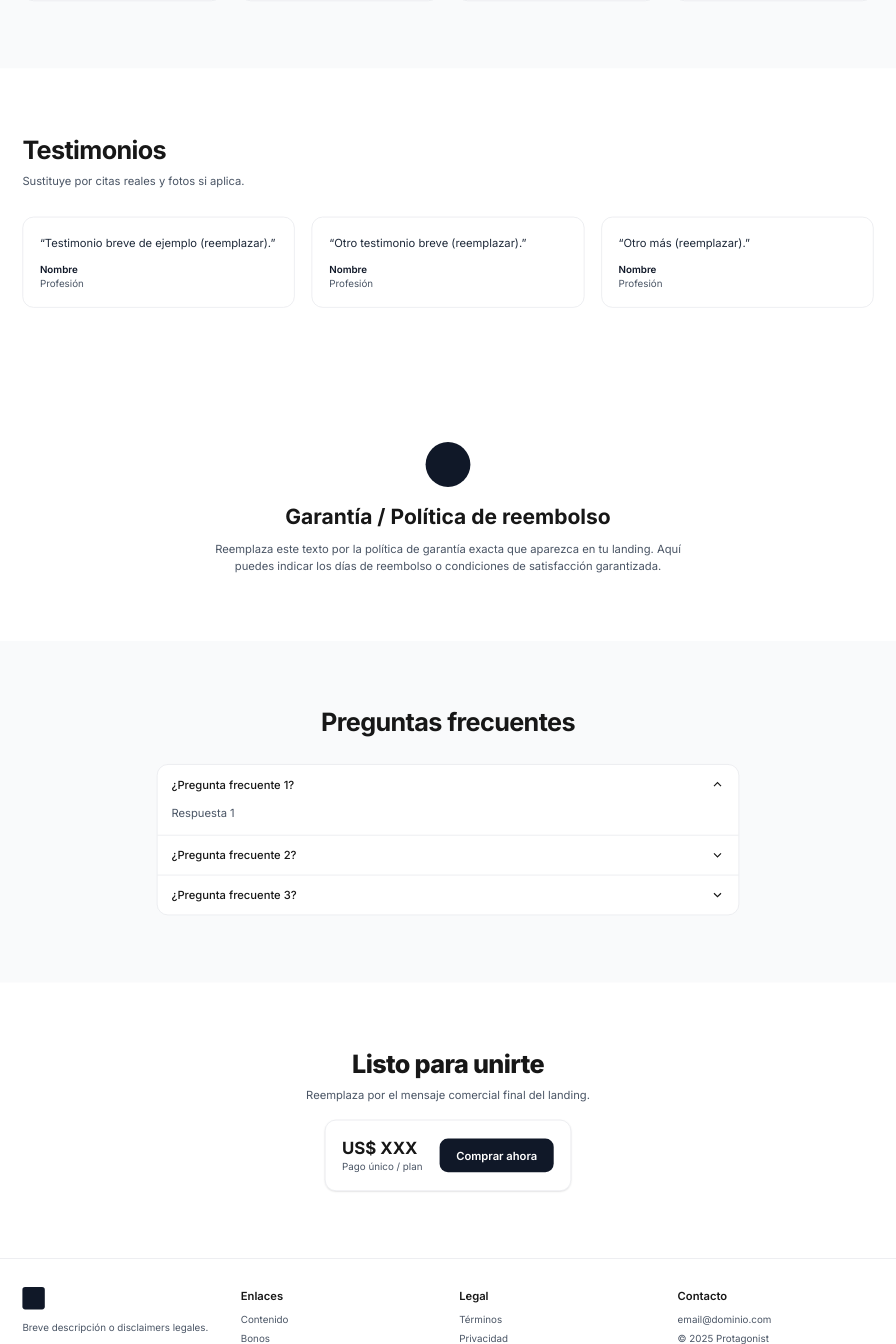
Repository: sazaba/pdfalzate
Page: /
The author's editor kept a copy of each file at every save. The page is drawn from the files as they stood at one save, then again after the next save.
The browser window is 1280 px wide. The pictures show the part of the page from y = 1902 to 3822 px (the page is 3892 px tall before and 4190 px after), at 70% of full size.
The project was rebuilt for these pictures with package versions that can differ from the ones it lists, and the page was loaded fresh each time. The framework's server and built-in components were replaced by stand-ins that run in the browser. Also part of the build but not shown: next.config.ts.

Above is the page before, as saved 2025-09-24 12:45:21.

After the next save:
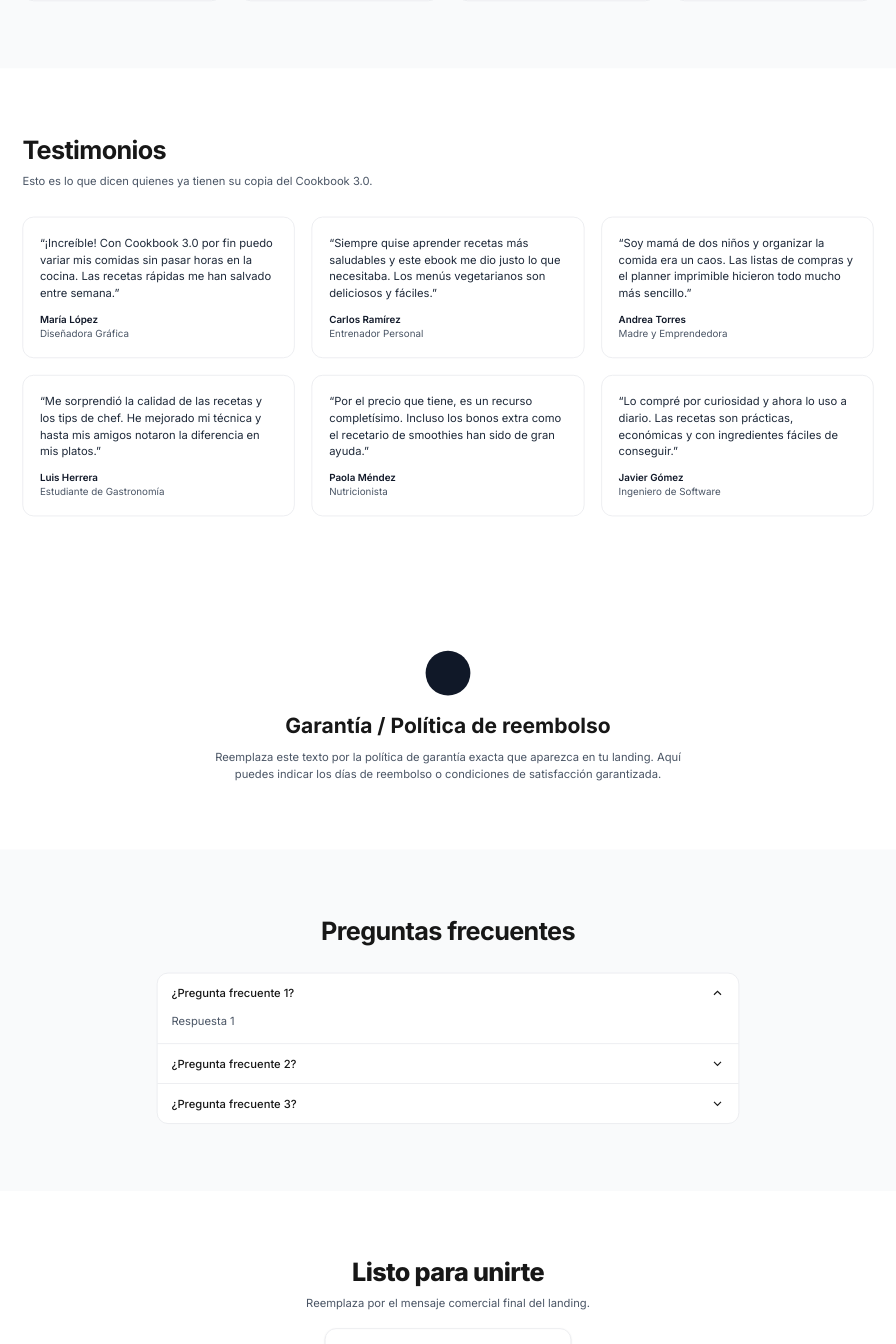
Saved 117 s later.
--- a/src/app/components/Testimonials.tsx
+++ b/src/app/components/Testimonials.tsx
@@ -1,49 +1,70 @@
 export default function Testimonials() {
-    const items = [
-      {
-        quote: "Testimonio breve de ejemplo (reemplazar).",
-        author: "Nombre",
-        role: "Profesión",
-      },
-      {
-        quote: "Otro testimonio breve (reemplazar).",
-        author: "Nombre",
-        role: "Profesión",
-      },
-      {
-        quote: "Otro más (reemplazar).",
-        author: "Nombre",
-        role: "Profesión",
-      },
-    ];
+  const items = [
+    {
+      quote:
+        "¡Increíble! Con Cookbook 3.0 por fin puedo variar mis comidas sin pasar horas en la cocina. Las recetas rápidas me han salvado entre semana.",
+      author: "María López",
+      role: "Diseñadora Gráfica",
+    },
+    {
+      quote:
+        "Siempre quise aprender recetas más saludables y este ebook me dio justo lo que necesitaba. Los menús vegetarianos son deliciosos y fáciles.",
+      author: "Carlos Ramírez",
+      role: "Entrenador Personal",
+    },
+    {
+      quote:
+        "Soy mamá de dos niños y organizar la comida era un caos. Las listas de compras y el planner imprimible hicieron todo mucho más sencillo.",
+      author: "Andrea Torres",
+      role: "Madre y Emprendedora",
+    },
+    {
+      quote:
+        "Me sorprendió la calidad de las recetas y los tips de chef. He mejorado mi técnica y hasta mis amigos notaron la diferencia en mis platos.",
+      author: "Luis Herrera",
+      role: "Estudiante de Gastronomía",
+    },
+    {
+      quote:
+        "Por el precio que tiene, es un recurso completísimo. Incluso los bonos extra como el recetario de smoothies han sido de gran ayuda.",
+      author: "Paola Méndez",
+      role: "Nutricionista",
+    },
+    {
+      quote:
+        "Lo compré por curiosidad y ahora lo uso a diario. Las recetas son prácticas, económicas y con ingredientes fáciles de conseguir.",
+      author: "Javier Gómez",
+      role: "Ingeniero de Software",
+    },
+  ];
 
-    return (
-      <section id="testimonials" className="py-16 sm:py-24">
-        <div className="mx-auto max-w-7xl px-4 sm:px-6 lg:px-8">
-          <div className="max-w-2xl mb-10">
-            <h2 className="text-3xl sm:text-4xl font-bold tracking-tight">
-              Testimonios
-            </h2>
-            <p className="mt-3 text-gray-600">
-              Sustituye por citas reales y fotos si aplica.
-            </p>
-          </div>
+  return (
+    <section id="testimonials" className="py-16 sm:py-24">
+      <div className="mx-auto max-w-7xl px-4 sm:px-6 lg:px-8">
+        <div className="max-w-2xl mb-10">
+          <h2 className="text-3xl sm:text-4xl font-bold tracking-tight">
+            Testimonios
+          </h2>
+          <p className="mt-3 text-gray-600">
+            Esto es lo que dicen quienes ya tienen su copia del Cookbook 3.0.
+          </p>
+        </div>
 
-          <div className="grid gap-6 sm:grid-cols-2 lg:grid-cols-3">
-            {items.map((t, i) => (
-              <figure
-                key={i}
-                className="rounded-2xl border border-gray-200 p-6"
-              >
-                <blockquote className="text-gray-800">“{t.quote}”</blockquote>
-                <figcaption className="mt-4 text-sm text-gray-600">
-                  <div className="font-semibold text-gray-900">{t.author}</div>
-                  <div>{t.role}</div>
-                </figcaption>
-              </figure>
-            ))}
-          </div>
+        <div className="grid gap-6 sm:grid-cols-2 lg:grid-cols-3">
+          {items.map((t, i) => (
+            <figure
+              key={i}
+              className="rounded-2xl border border-gray-200 p-6 hover:shadow-sm transition"
+            >
+              <blockquote className="text-gray-800">“{t.quote}”</blockquote>
+              <figcaption className="mt-4 text-sm text-gray-600">
+                <div className="font-semibold text-gray-900">{t.author}</div>
+                <div>{t.role}</div>
+              </figcaption>
+            </figure>
+          ))}
         </div>
-      </section>
-    );
-  }
+      </div>
+    </section>
+  );
+}
